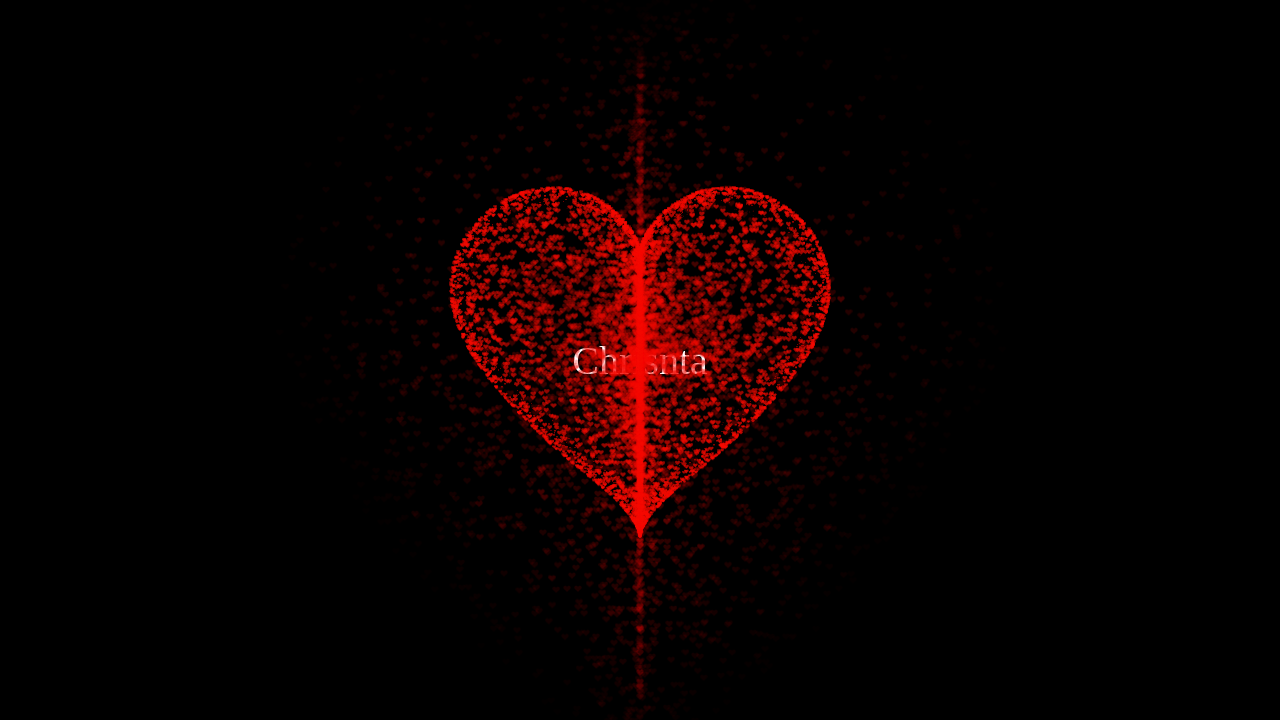
Repository: thaiduy1704/Heart
Page: index.html
An editor plug-in stored every save of this project. The page is shown before and after the next save, followed by the edit.
The browser window is 1280 px wide. The pictures show the whole page.

Above is the page before, as saved 2022-11-11 01:57:58.
Not found: style.css

### index.html
<!DOCTYPE HTML PUBLIC "-//W3C//DTD HTML 4.0 Transitional//EN">
<HTML>
 <HEAD>
  <TITLE> MINH IT </TITLE>
  <META NAME="Generator" CONTENT="EditPlus">
  <META NAME="Author" CONTENT="">
  <META NAME="Keywords" CONTENT="">
  <META NAME="Description" CONTENT="">
  <link rel="stylesheet" href="style.css">
  <style>
  html, body {
  height: 100%;
  padding: 0;
  margin: 0;
  background: rgba(0, 0, 0, 0.851);
}
canvas {
  position: absolute;
  width: 100%;
  height: 100%;
}
  </style>
 </HEAD>
 <BODY>
  <div class="box">
    <canvas id="pinkboard"></canvas>
  </div>
<script>
var settings = {
  particles: {
    length:   10000, // maximum amount of particles
    duration:   4, // particle duration in sec
    velocity: 80, // particle velocity in pixels/sec
    effect: -1.3, // play with this for a nice effect
    size:      8, // particle size in pixels
  },
};
/*
 */
(function(){var b=0;var c=["ms","moz","webkit","o"];for(var a=0;a<c.length&&!window.requestAnimationFrame;++a){window.requestAnimationFrame=window[c[a]+"RequestAnimationFrame"];window.cancelAnimationFrame=window[c[a]+"CancelAnimationFrame"]||window[c[a]+"CancelRequestAnimationFrame"]}if(!window.requestAnimationFrame){window.requestAnimationFrame=function(h,e){var d=new Date().getTime();var f=Math.max(0,16-(d-b));var g=window.setTimeout(function(){h(d+f)},f);b=d+f;return g}}if(!window.cancelAnimationFrame){window.cancelAnimationFrame=function(d){clearTimeout(d)}}}());
/*
 * Point class
 */
var Point = (function() {
  function Point(x, y) {
    this.x = (typeof x !== 'undefined') ? x : 0;
    this.y = (typeof y !== 'undefined') ? y : 0;
  }
  Point.prototype.clone = function() {
    return new Point(this.x, this.y);
  };
  Point.prototype.length = function(length) {
    if (typeof length == 'undefined')
      return Math.sqrt(this.x * this.x + this.y * this.y);
    this.normalize();
    this.x *= length;
    this.y *= length;
    return this;
  };
  Point.prototype.normalize = function() {
    var length = this.length();
    this.x /= length;
    this.y /= length;
    return this;
  };
  return Point;
})();
/*
 * Particle class
 */
var Particle = (function() {
  function Particle() {
    this.position = new Point();
    this.velocity = new Point();
    this.acceleration = new Point();
    this.age = 0;
  }
  Particle.prototype.initialize = function(x, y, dx, dy) {
    this.position.x = x;
    this.position.y = y;
    this.velocity.x = dx;
    this.velocity.y = dy;
    this.acceleration.x = dx * settings.particles.effect;
    this.acceleration.y = dy * settings.particles.effect;
    this.age = 0;
  };
  Particle.prototype.update = function(deltaTime) {
    this.position.x += this.velocity.x * deltaTime;
    this.position.y += this.velocity.y * deltaTime;
    this.velocity.x += this.acceleration.x * deltaTime;
    this.velocity.y += this.acceleration.y * deltaTime;
    this.age += deltaTime;
  };
  Particle.prototype.draw = function(context, image) {
    function ease(t) {
      return (--t) * t * t + 1;
    }
    var size = image.width * ease(this.age / settings.particles.duration);
    context.globalAlpha = 1 - this.age / settings.particles.duration;
    context.drawImage(image, this.position.x - size / 2, this.position.y - size / 2, size, size);
  };
  return Particle;
})();
/*
 * ParticlePool class
 */
var ParticlePool = (function() {
  var particles,
      firstActive = 0,
      firstFree   = 0,
      duration    = settings.particles.duration;

  function ParticlePool(length) {
    // create and populate particle pool
    particles = new Array(length);
    for (var i = 0; i < particles.length; i++)
      particles[i] = new Particle();
  }
  ParticlePool.prototype.add = function(x, y, dx, dy) {
    particles[firstFree].initialize(x, y, dx, dy);

    // handle circular queue
    firstFree++;
    if (firstFree   == particles.length) firstFree   = 0;
    if (firstActive == firstFree       ) firstActive++;
    if (firstActive == particles.length) firstActive = 0;
  };
  ParticlePool.prototype.update = function(deltaTime) {
    var i;

    // update active particles
    if (firstActive < firstFree) {
      for (i = firstActive; i < firstFree; i++)
        particles[i].update(deltaTime);
    }
    if (firstFree < firstActive) {
      for (i = firstActive; i < particles.length; i++)
        particles[i].update(deltaTime);
      for (i = 0; i < firstFree; i++)
        particles[i].update(deltaTime);
    }

    // remove inactive particles
    while (particles[firstActive].age >= duration && firstActive != firstFree) {
      firstActive++;
      if (firstActive == particles.length) firstActive = 0;
    }


  };
  ParticlePool.prototype.draw = function(context, image) {
    // draw active particles
    if (firstActive < firstFree) {
      for (i = firstActive; i < firstFree; i++)
        particles[i].draw(context, image);
    }
    if (firstFree < firstActive) {
      for (i = firstActive; i < particles.length; i++)
        particles[i].draw(context, image);
      for (i = 0; i < firstFree; i++)
        particles[i].draw(context, image);
    }
  };
  return ParticlePool;
})();
/*
 * Putting it all together
 */
(function(canvas) {
  var context = canvas.getContext('2d'),
      particles = new ParticlePool(settings.particles.length),
      particleRate = settings.particles.length / settings.particles.duration, // particles/sec
      time;

  // get point on heart with -PI <= t <= PI
  function pointOnHeart(t) {
    return new Point(
      160 * Math.pow(Math.sin(t), 3),
      130 * Math.cos(t) - 50 * Math.cos(2 * t) - 20 * Math.cos(3 * t) - 10 * Math.cos(4 * t) + 25
    );
  }

  // creating the particle image using a dummy canvas
  var image = (function() {
    var canvas  = document.createElement('canvas'),
        context = canvas.getContext('2d');
    canvas.width  = settings.particles.size;
    canvas.height = settings.particles.size;
    // helper function to create the path
    function to(t) {
      var point = pointOnHeart(t);
      point.x = settings.particles.size / 2 + point.x * settings.particles.size / 350;
      point.y = settings.particles.size / 2 - point.y * settings.particles.size / 350;
      return point;
    }
    // create the path
    context.beginPath();
    var t = -Math.PI;
    var point = to(t);
    context.moveTo(point.x, point.y);
    while (t < Math.PI) {
      t += 0.01; // baby steps!
      point = to(t);
      context.lineTo(point.x, point.y);
    }
    context.closePath();
    // create the fill
    context.fillStyle = '#f50b02';
    context.fill();
    // create the image
    var image = new Image();
    image.src = canvas.toDataURL();
    return image;
  })();

  // render that thing!
  function render() {
    // next animation frame
    requestAnimationFrame(render);

    // update time
    var newTime   = new Date().getTime() / 1000,
        deltaTime = newTime - (time || newTime);
    time = newTime;

    // clear canvas
    context.clearRect(0, 0, canvas.width, canvas.height);

    // create new particles
    var amount = particleRate * deltaTime;
    for (var i = 0; i < amount; i++) {
      var pos = pointOnHeart(Math.PI - 2 * Math.PI * Math.random());
      var dir = pos.clone().length(settings.particles.velocity);
      particles.add(canvas.width / 2 + pos.x, canvas.height / 2 - pos.y, dir.x, -dir.y);
    }

    // update and draw particles
    particles.update(deltaTime);
    particles.draw(context, image);
  }

  // handle (re-)sizing of the canvas
  function onResize() {
    canvas.width  = canvas.clientWidth;
    canvas.height = canvas.clientHeight;
  }
  window.onresize = onResize;

  // delay rendering bootstrap
  setTimeout(function() {
    onResize();
    render();
  }, 10);
})(document.getElementById('pinkboard'));
  </script>
 </BODY>
</HTML>
</HTML>
  </script>
  <div class="center-text",
  style="background-color:rgb(0, 0, 0);
        width: 100%;
        color: white ;
        height:100%;
        font-size: 40px;
        font-style: Bold;
        font-family: 'Dancing Script', cursive;
        display: flex;
        align-items: center;
        justify-content: center;
        margin-bottom: 200px;
        text-align: center;">Chrisnta</div>
 </BODY>
</HTML>
<!-- color: rgb(225, 12, 168); -->

After the next save:
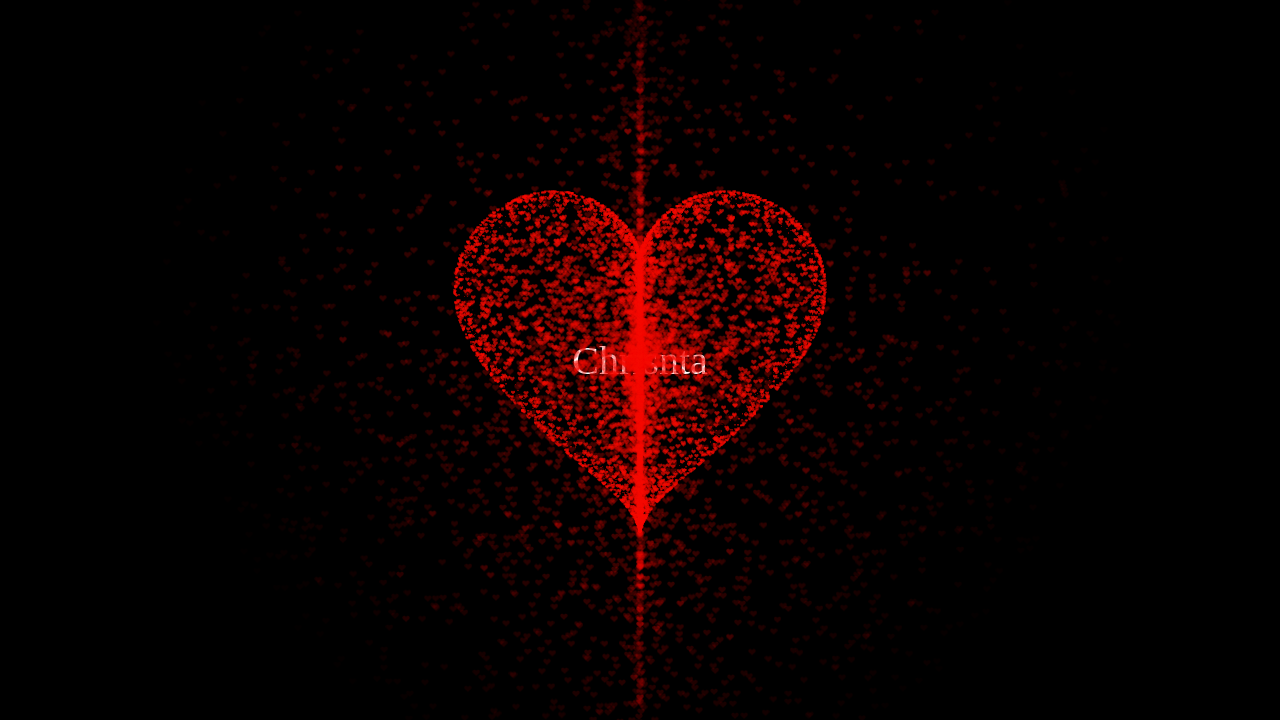
Saved 17 s later.
--- a/index.html
+++ b/index.html
@@ -31,7 +31,7 @@
     length:   10000, // maximum amount of particles
     duration:   4, // particle duration in sec
     velocity: 80, // particle velocity in pixels/sec
-    effect: -1.3, // play with this for a nice effect
+    effect: -1.5, // play with this for a nice effect
     size:      8, // particle size in pixels
   },
 };
